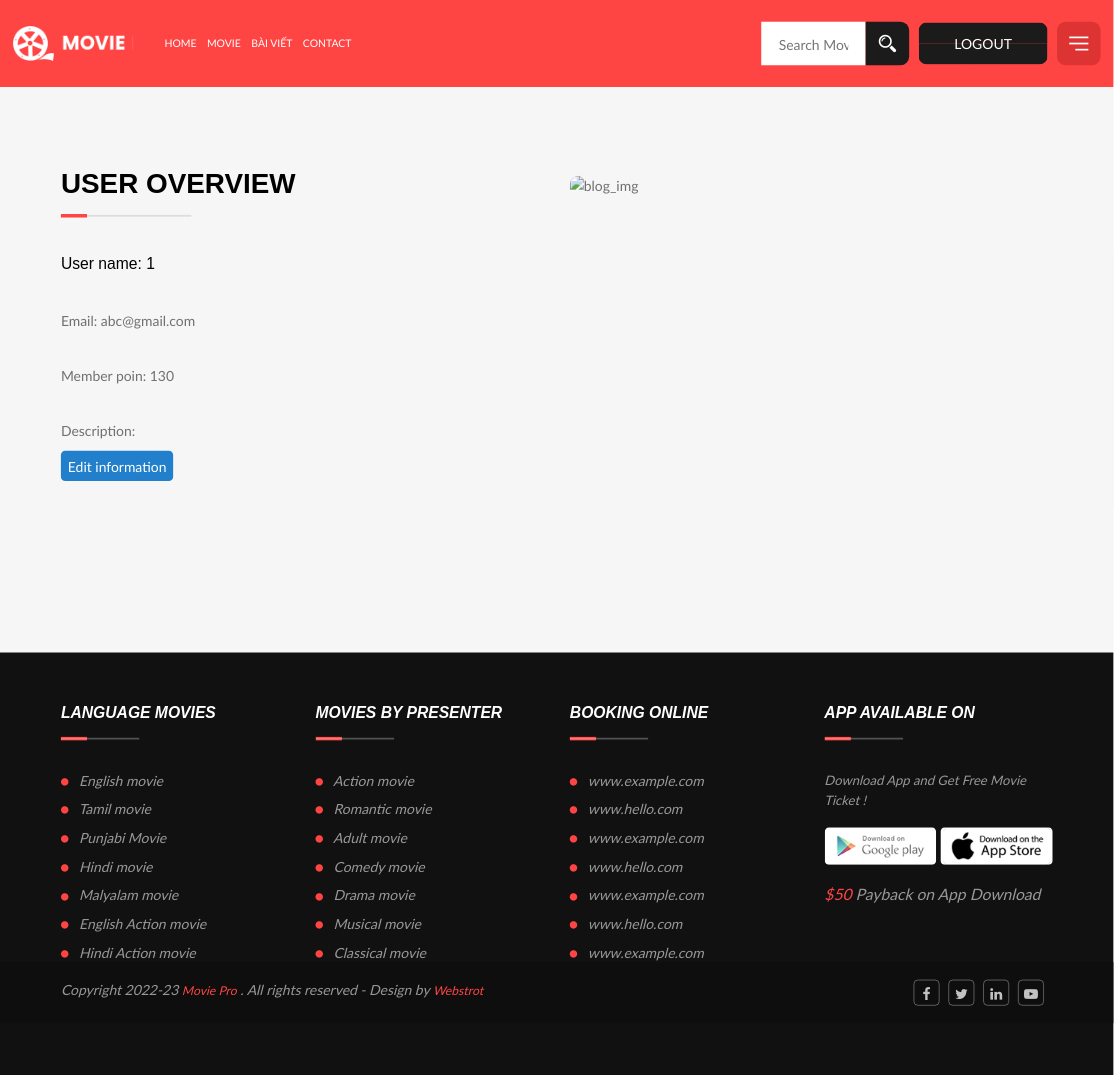
Repository: TK-NNH/DATN
Page: http://localhost/userOverview
An editor plug-in stored every save of this project. The page is shown before and after the next save, followed by the edit.
The browser window is 1280 px wide. The pictures show the whole page, at 87% of full size.
Some web fonts or font styles are not loaded; a fallback is used. The page is served by the project's Laravel application, run on PHP 8.4 with Laravel 10. The first stored user is signed in. The database holds what the project's SQL file puts in it. Queries for data that is not in the repository find no rows.

Above is the page before, as saved 2024-12-14 00:22:13.

After the next save:
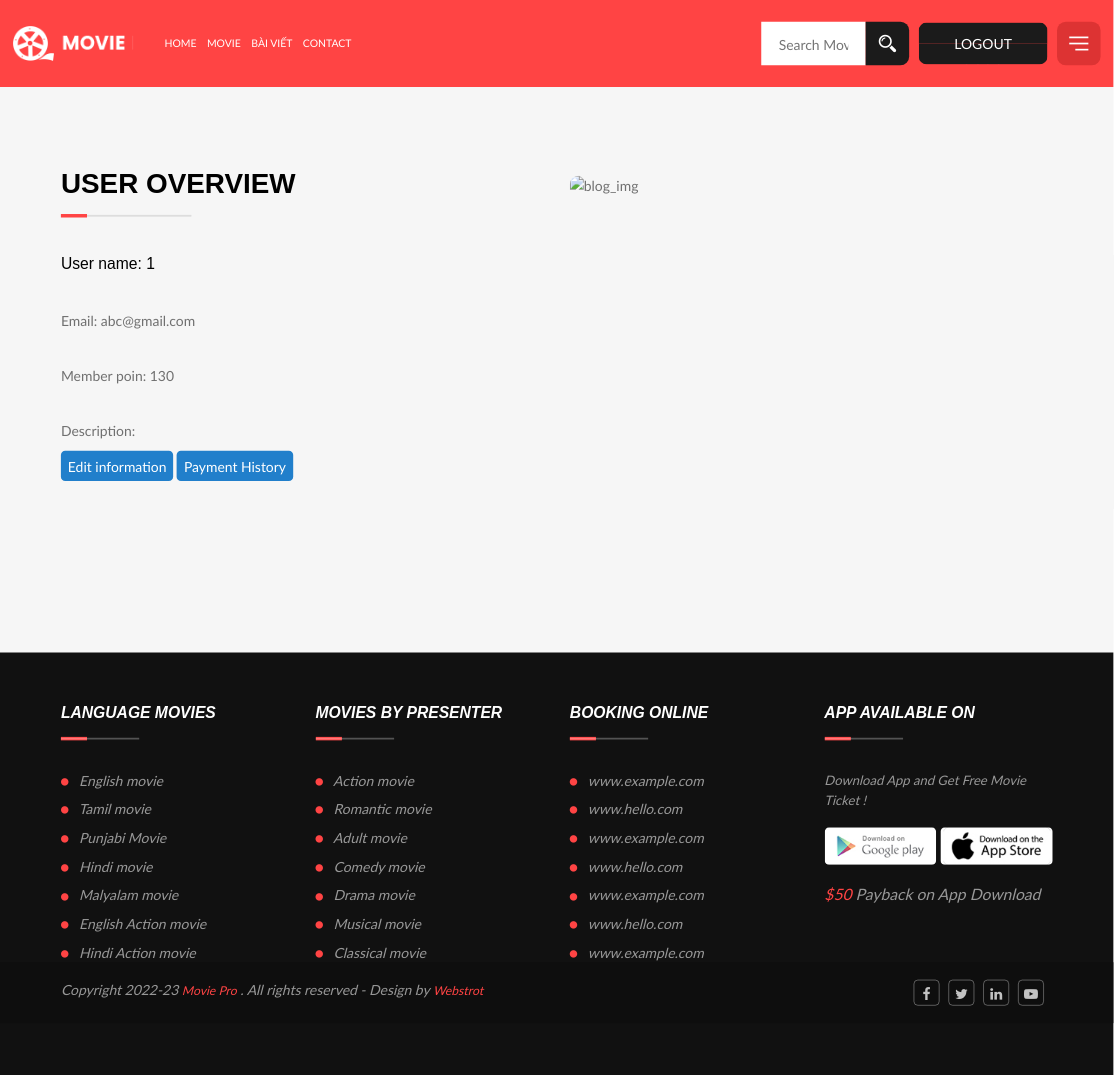
Saved 2 min 23 s later.
--- a/FilmHub-Booking/Backend-filmhub/resources/views/frontend/users/overview.blade.php
+++ b/FilmHub-Booking/Backend-filmhub/resources/views/frontend/users/overview.blade.php
@@ -18,6 +18,7 @@
                     <p>Member poin: {{Auth::user()->member_point}} </p>
                     <p>Description: </p>
                     <a href="{{route('editUserInfor')}}"><button style="padding: 6px 8px; margin: 12px 0; background-color: rgb(33, 127, 203); border-radius: 5px; color: #fff; border: none">Edit information</button></a>
+                    <a href="{{route('editUserInfor')}}"><button style="padding: 6px 8px; margin: 12px 0; background-color: rgb(33, 127, 203); border-radius: 5px; color: #fff; border: none">Payment History</button></a>
                 </div>
             </div>
             <div class="col-lg-6 col-md-6 col-sm-12 col-xs-12">
